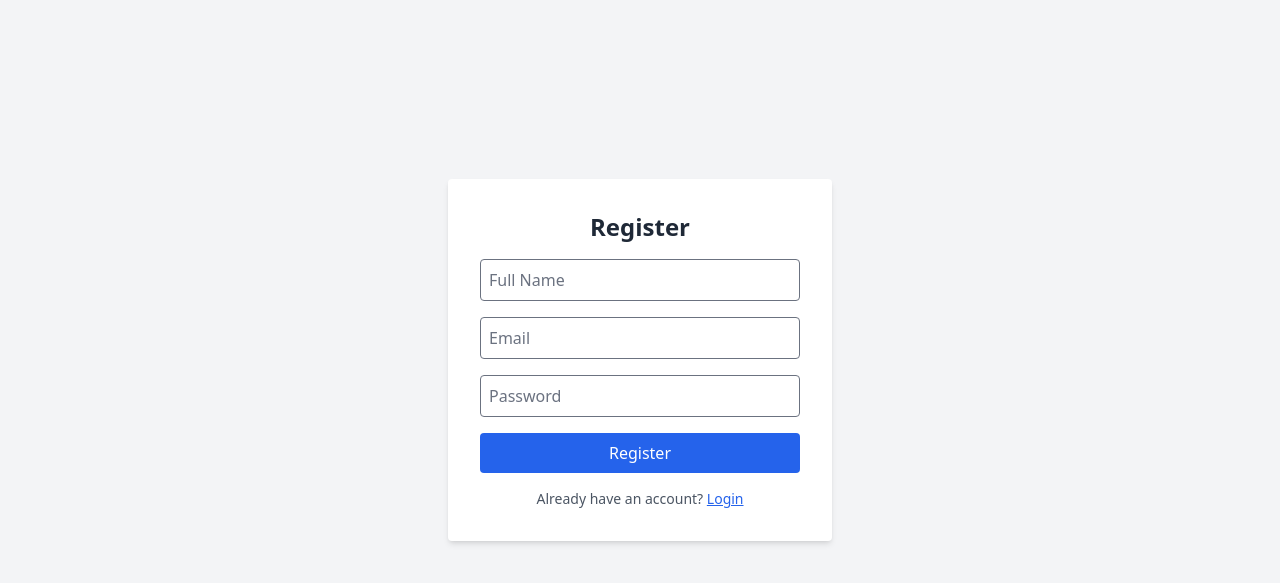
Repository: ruthvik-mt/Trackifi
Page: /register (app in frontend/)
An editor plug-in stored every save of this project. The page is shown before and after the next save, followed by the edit.
The browser window is 1280 px wide. The pictures show the whole page.
The project was rebuilt for these pictures with package versions that can differ from the ones it lists, and the page was loaded fresh each time. Also part of the build but not shown: frontend/vite.config.ts, frontend/src/hooks/useAuth.ts, frontend/src/pages/Auth/Login.tsx, frontend/src/components/Sidebar.tsx, frontend/src/components/Navbar.tsx, frontend/src/pages/Dashboard/Layout.tsx, frontend/src/pages/Dashboard/Dashboard.tsx, frontend/src/pages/Categories/CategoryForm.tsx and 21 more.

Above is the page before, as saved 2025-07-14 14:47:48.

### frontend/index.html
<!DOCTYPE html>
<html lang="en">
  <head>
    <meta charset="UTF-8" />
    <title>Finance Tracker</title>
  </head>
  <body>
    <div id="root"></div>
    <script type="module" src="/src/main.tsx"></script>
  </body>
</html>

### frontend/src/main.tsx
// import React from "react";
// import ReactDOM from "react-dom/client";
// import App from "./App";
// import "./tailwind.css";

// import { BrowserRouter as Router } from "react-router-dom";
// import { AuthProvider } from "./context/AuthProvider";

// ReactDOM.createRoot(document.getElementById("root")!).render(
//   <React.StrictMode>
//     <Router>
//       <AuthProvider>
//         <App />
//       </AuthProvider>
//     </Router>
//   </React.StrictMode>
// );

import React from "react";
import ReactDOM from "react-dom/client";
import App from "./App";
import "./tailwind.css";
import { AuthProvider } from "./context/AuthProvider";
import { BrowserRouter as Router } from "react-router-dom"; // ✅ Add this

ReactDOM.createRoot(document.getElementById("root")!).render(
  <React.StrictMode>
    <Router> {/* ✅ Wrap everything with Router */}
      <AuthProvider>
        <App />
      </AuthProvider>
    </Router>
  </React.StrictMode>
);

### frontend/src/App.tsx
import { Routes, Route, Navigate } from "react-router-dom";
import Login from "./pages/Auth/Login";
import Register from "./pages/Auth/Register";
import Dashboard from "./pages/Dashboard/Dashboard";
import CategoryList from "./pages/Categories/CategoryList";
import TransactionList from "./pages/Transactions/TransactionList";
import BudgetList from "./pages/Budgets/BudgetList";
import MonthlyTotal from "./pages/Insights/MonthlyTotal";
import CategoryBreakdown from "./pages/Insights/CategoryBreakdown";
import BudgetComparison from "./pages/Insights/BudgetComparison";
import ProtectedRoute from "./components/ProtectedRoute";
import LandingPage from "./pages/LandingPage"; // ✅ Add this import

export default function App() {
  return (
    <Routes>
      {/* Landing Page */}
      <Route path="/" element={<LandingPage />} /> {/* ✅ New route */}

      {/* Auth Routes */}
      <Route path="/login" element={<Login />} />
      <Route path="/register" element={<Register />} />

      {/* Protected Routes */}
      <Route
        path="/dashboard"
        element={
          <ProtectedRoute>
            <Dashboard />
          </ProtectedRoute>
        }
      />
      <Route
        path="/categories"
        element={
          <ProtectedRoute>
            <CategoryList />
          </ProtectedRoute>
        }
      />
      <Route
        path="/transactions"
        element={
          <ProtectedRoute>
            <TransactionList />
          </ProtectedRoute>
        }
      />
      <Route
        path="/budgets"
        element={
          <ProtectedRoute>
            <BudgetList />
          </ProtectedRoute>
        }
      />
      <Route
        path="/insights/monthly-total"
        element={
          <ProtectedRoute>
            <MonthlyTotal />
          </ProtectedRoute>
        }
      />
      <Route
        path="/insights/category-breakdown"
        element={
          <ProtectedRoute>
            <CategoryBreakdown />
          </ProtectedRoute>
        }
      />
      <Route
        path="/insights/budget-comparison"
        element={
          <ProtectedRoute>
            <BudgetComparison />
          </ProtectedRoute>
        }
      />

      {/* Fallback Route */}
      <Route path="*" element={<Navigate to="/" />} /> {/* ✅ Updated from "/login" to "/" */}
    </Routes>
  );
}

### frontend/src/tailwind.css
@tailwind base;
@tailwind components;
@tailwind utilities;

@layer base {
  :root {
    --background: 0 0% 100%;
    --foreground: 0 0% 3.9%;
    --card: 0 0% 100%;
    --card-foreground: 0 0% 3.9%;
    --popover: 0 0% 100%;
    --popover-foreground: 0 0% 3.9%;
    --primary: 0 0% 9%;
    --primary-foreground: 0 0% 98%;
    --secondary: 0 0% 96.1%;
    --secondary-foreground: 0 0% 9%;
    --muted: 0 0% 96.1%;
    --muted-foreground: 0 0% 45.1%;
    --accent: 0 0% 96.1%;
    --accent-foreground: 0 0% 9%;
    --destructive: 0 84.2% 60.2%;
    --destructive-foreground: 0 0% 98%;
    --border: 0 0% 89.8%;
    --input: 0 0% 89.8%;
    --ring: 0 0% 3.9%;
    --chart-1: 12 76% 61%;
    --chart-2: 173 58% 39%;
    --chart-3: 197 37% 24%;
    --chart-4: 43 74% 66%;
    --chart-5: 27 87% 67%;
    --radius: 0.5rem;
  }

  .dark {
    --background: 0 0% 3.9%;
    --foreground: 0 0% 98%;
    --card: 0 0% 3.9%;
    --card-foreground: 0 0% 98%;
    --popover: 0 0% 3.9%;
    --popover-foreground: 0 0% 98%;
    --primary: 0 0% 98%;
    --primary-foreground: 0 0% 9%;
    --secondary: 0 0% 14.9%;
    --secondary-foreground: 0 0% 98%;
    --muted: 0 0% 14.9%;
    --muted-foreground: 0 0% 63.9%;
    --accent: 0 0% 14.9%;
    --accent-foreground: 0 0% 98%;
    --destructive: 0 62.8% 30.6%;
    --destructive-foreground: 0 0% 98%;
    --border: 0 0% 14.9%;
    --input: 0 0% 14.9%;
    --ring: 0 0% 83.1%;
    --chart-1: 220 70% 50%;
    --chart-2: 160 60% 45%;
    --chart-3: 30 80% 55%;
    --chart-4: 280 65% 60%;
    --chart-5: 340 75% 55%;
  }
}

@layer base {
  * {
    @apply border-border;
  }

  html, body {
    @apply bg-background text-foreground antialiased;
    min-height: 100%;
  }
}

### frontend/src/context/AuthProvider.tsx
// import { ReactNode, useCallback, useEffect, useState } from "react";
// import { AuthContext } from "./AuthContext";
// import { User } from "@/types/Auth";
// import { getCurrentUser } from "@/api/user";
// import { useNavigate } from "react-router-dom";

// interface Props {
//   children: ReactNode;
// }

// export const AuthProvider = ({ children }: Props) => {
//   const [token, setToken] = useState<string | null>(() =>
//     localStorage.getItem("token")
//   );
//   const [user, setUser] = useState<User | null>(null);
//   const navigate = useNavigate();

//   const logout = useCallback(() => {
//     localStorage.removeItem("token");
//     setToken(null);
//     setUser(null);
//     navigate("/login");
//   }, [navigate]);

//   const fetchUser = useCallback(async () => {
//     try {
//       const userData = await getCurrentUser();
//       setUser(userData);
//     } catch (err) {
//       console.error("Failed to fetch user:", err);
//       logout();
//     }
//   }, [logout]);

//   const login = useCallback(
//     (newToken: string) => {
//       localStorage.setItem("token", newToken);
//       setToken(newToken);
//       fetchUser();
//     },
//     [fetchUser]
//   );

//   useEffect(() => {
//     if (token) {
//       fetchUser();
//     }
//   }, [token, fetchUser]);

//   return (
//     <AuthContext.Provider value={{ token, user, login, logout }}>
//       {children}
//     </AuthContext.Provider>
//   );
// };

import { useState, useEffect } from "react";
import { AuthContext } from "./AuthContext";
import axios from "../axios";

export const AuthProvider = ({ children }: { children: React.ReactNode }) => {
  const [token, setToken] = useState<string | null>(() => localStorage.getItem("token"));

  // Set Authorization header on load (if token exists)
  useEffect(() => {
    if (token) {
      axios.defaults.headers.common["Authorization"] = `Bearer ${token}`;
    }
  }, [token]);

  const login = async (email: string, password: string) => {
    const res = await axios.post("/api/auth/login", { email, password });
    const jwt = res.data.token;

    setToken(jwt);
    localStorage.setItem("token", jwt);
    axios.defaults.headers.common["Authorization"] = `Bearer ${jwt}`; // ✅ set globally
  };

  const logout = () => {
    setToken(null);
    localStorage.removeItem("token");
    delete axios.defaults.headers.common["Authorization"]; // ✅ remove on logout
  };

  return (
    <AuthContext.Provider value={{ token, login, logout }}>
      {children}
    </AuthContext.Provider>
  );
};

### frontend/src/pages/Auth/Register.tsx
import { useState } from "react";
import { useNavigate } from "react-router-dom";
import { isAxiosError } from "axios"; // ✅ just this
import api from "../../axios"; // ✅ your custom instance


export default function Register() {
  const [fullName, setFullName] = useState("");
  const [email, setEmail] = useState("");
  const [password, setPassword] = useState("");
  const [error, setError] = useState("");
  const navigate = useNavigate();

  const handleSubmit = async (e: React.FormEvent) => {
    e.preventDefault();
    setError("");

    if (password.length < 6) {
      setError("Password must be at least 6 characters long.");
      return;
    }

    try {
      await api.post("/api/auth/register", {
        fullName,
        email,
        password,
      });
      navigate("/login");
    } catch (err: unknown) {
      if (isAxiosError(err)) {
        setError(err.response?.data?.message || "Registration failed. Try again.");
      } else {
        setError("Something went wrong. Please try again.");
      }
    }
  };

  return (
    <div className="min-h-screen flex items-center justify-center bg-gray-100 dark:bg-gray-900">
      <form
        onSubmit={handleSubmit}
        className="bg-white dark:bg-gray-800 p-8 rounded shadow-md w-full max-w-sm space-y-4"
      >
        <h2 className="text-2xl font-bold text-center text-gray-800 dark:text-white">
          Register
        </h2>

        <input
          className="w-full p-2 border rounded dark:bg-gray-700 dark:text-white"
          placeholder="Full Name"
          value={fullName}
          onChange={(e) => setFullName(e.target.value)}
          type="text"
          required
        />

        <input
          className="w-full p-2 border rounded dark:bg-gray-700 dark:text-white"
          placeholder="Email"
          value={email}
          onChange={(e) => setEmail(e.target.value)}
          type="email"
          required
        />

        <input
          className="w-full p-2 border rounded dark:bg-gray-700 dark:text-white"
          placeholder="Password"
          value={password}
          onChange={(e) => setPassword(e.target.value)}
          type="password"
          required
        />

        {/* Password validation feedback */}
        {password.length > 0 && password.length < 6 && (
          <p className="text-yellow-600 text-sm">
            Password must be at least 6 characters
          </p>
        )}

        {error && <p className="text-red-500 text-sm">{error}</p>}

        <button
          className="w-full bg-blue-600 text-white py-2 rounded hover:bg-blue-700 transition"
          type="submit"
        >
          Register
        </button>

        <p className="text-sm text-center text-gray-600 dark:text-gray-300">
          Already have an account?{" "}
          <a href="/login" className="text-blue-600 underline">
            Login
          </a>
        </p>
      </form>
    </div>
  );
}

### frontend/src/context/AuthContext.tsx
// import { createContext } from "react";
// import { User } from "@/types/Auth";

// export interface AuthContextType {
//   token: string | null;
//   user: User | null;
//   login: (token: string) => void;
//   logout: () => void;
// }

// export const AuthContext = createContext<AuthContextType>({
//   token: null,
//   user: null,
//   login: () => {},
//   logout: () => {},
// });

// src/context/AuthContext.ts
import { createContext } from "react";

export interface AuthContextType {
  token: string | null;
  login: (email: string, password: string) => Promise<void>;
  logout: () => void;
}

export const AuthContext = createContext<AuthContextType>(
  {} as AuthContextType // ✅ Safe for use without null-checks
);

### frontend/src/axios.ts
// // src/axios.ts
// import axios from "axios";

// const axiosInstance = axios.create({
//   baseURL: "http://localhost:8080/api",
// });

// axiosInstance.interceptors.request.use((config) => {
//   const token = localStorage.getItem("token");
//   if (token && config.headers) {
//     config.headers.Authorization = `Bearer ${token}`;
//   }
//   return config;
// });

// export default axiosInstance;

// src/axios.ts
// src/axios.ts
import axios from "axios";

const instance = axios.create({
  baseURL: "", // <-- frontend sends /api/... and Vite handles the proxy
  headers: {
    "Content-Type": "application/json",
  },
});

instance.interceptors.request.use((config) => {
  const token = localStorage.getItem("token");
  if (token) {
    config.headers = config.headers || {};
    config.headers["Authorization"] = `Bearer ${token}`;
  }
  return config;
});

export default instance;

### frontend/tailwind.config.js
/** @type {import('tailwindcss').Config} */
module.exports = {
  darkMode: ["class"],

  content: [
    "./index.html",
    "./src/**/*.{js,ts,jsx,tsx}",
  ],

  theme: {
    container: {
      center: true,
      padding: "1rem",
      screens: {
        sm: "100%",
        md: "768px",
        lg: "1024px",
        xl: "1280px",
      },
    },

    extend: {
      borderRadius: {
        lg: 'var(--radius)',
        md: 'calc(var(--radius) - 2px)',
        sm: 'calc(var(--radius) - 4px)',
      },
      colors: {
        background: 'hsl(var(--background) / <alpha-value>)',
        foreground: 'hsl(var(--foreground) / <alpha-value>)',
        card: {
          DEFAULT: 'hsl(var(--card) / <alpha-value>)',
          foreground: 'hsl(var(--card-foreground) / <alpha-value>)'
        },
        popover: {
          DEFAULT: 'hsl(var(--popover) / <alpha-value>)',
          foreground: 'hsl(var(--popover-foreground) / <alpha-value>)'
        },
        primary: {
          DEFAULT: 'hsl(var(--primary) / <alpha-value>)',
          foreground: 'hsl(var(--primary-foreground) / <alpha-value>)'
        },
        secondary: {
          DEFAULT: 'hsl(var(--secondary) / <alpha-value>)',
          foreground: 'hsl(var(--secondary-foreground) / <alpha-value>)'
        },
        muted: {
          DEFAULT: 'hsl(var(--muted) / <alpha-value>)',
          foreground: 'hsl(var(--muted-foreground) / <alpha-value>)'
        },
        accent: {
          DEFAULT: 'hsl(var(--accent) / <alpha-value>)',
          foreground: 'hsl(var(--accent-foreground) / <alpha-value>)'
        },
        destructive: {
          DEFAULT: 'hsl(var(--destructive) / <alpha-value>)',
          foreground: 'hsl(var(--destructive-foreground) / <alpha-value>)'
        },
        border: 'hsl(var(--border) / <alpha-value>)',
        input: 'hsl(var(--input) / <alpha-value>)',
        ring: 'hsl(var(--ring) / <alpha-value>)',
        chart: {
          '1': 'hsl(var(--chart-1) / <alpha-value>)',
          '2': 'hsl(var(--chart-2) / <alpha-value>)',
          '3': 'hsl(var(--chart-3) / <alpha-value>)',
          '4': 'hsl(var(--chart-4) / <alpha-value>)',
          '5': 'hsl(var(--chart-5) / <alpha-value>)'
        }
      },
      screens: {
        xs: "480px",
        sm: "640px",
        md: "768px",
        lg: "1024px",
        xl: "1280px",
        "2xl": "1536px"
      }
    }
  },

  plugins: [
    require("tailwindcss-animate"),
    require("@tailwindcss/forms"),
    require("@tailwindcss/typography"),
  ],
};

After the next save:
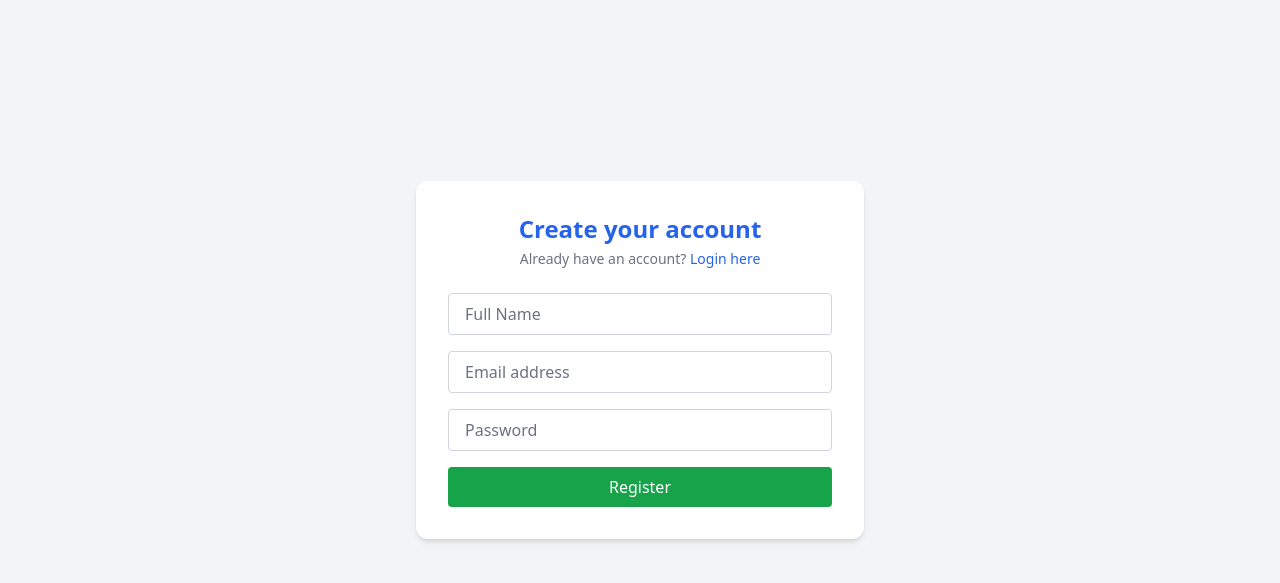
Saved 39 s later.
--- a/frontend/src/pages/Auth/Register.tsx
+++ b/frontend/src/pages/Auth/Register.tsx
@@ -1,8 +1,7 @@
+// src/pages/Auth/Register.tsx
 import { useState } from "react";
-import { useNavigate } from "react-router-dom";
-import { isAxiosError } from "axios"; // ✅ just this
-import api from "../../axios"; // ✅ your custom instance
-
+import { useNavigate, Link } from "react-router-dom";
+import axios from "../../axios";
 
 export default function Register() {
   const [fullName, setFullName] = useState("");
@@ -11,91 +10,72 @@ export default function Register() {
   const [error, setError] = useState("");
   const navigate = useNavigate();
 
+  const isStrongPassword = (pwd: string) =>
+    /^(?=.*[A-Z])(?=.*\d)(?=.*[@$!%*?&])[A-Za-z\d@$!%*?&]{8,}$/.test(pwd);
+
   const handleSubmit = async (e: React.FormEvent) => {
     e.preventDefault();
     setError("");
 
-    if (password.length < 6) {
-      setError("Password must be at least 6 characters long.");
+    if (!isStrongPassword(password)) {
+      setError("Password must be at least 8 characters with uppercase, number, and special character.");
       return;
     }
 
     try {
-      await api.post("/api/auth/register", {
-        fullName,
-        email,
-        password,
-      });
+      await axios.post("/api/auth/register", { fullName, email, password });
       navigate("/login");
-    } catch (err: unknown) {
-      if (isAxiosError(err)) {
-        setError(err.response?.data?.message || "Registration failed. Try again.");
-      } else {
-        setError("Something went wrong. Please try again.");
-      }
+    } catch (err) {
+      setError("Something went wrong. Please try again.");
     }
   };
 
   return (
-    <div className="min-h-screen flex items-center justify-center bg-gray-100 dark:bg-gray-900">
-      <form
-        onSubmit={handleSubmit}
-        className="bg-white dark:bg-gray-800 p-8 rounded shadow-md w-full max-w-sm space-y-4"
-      >
-        <h2 className="text-2xl font-bold text-center text-gray-800 dark:text-white">
-          Register
-        </h2>
+    <div className="min-h-screen flex items-center justify-center bg-gray-100 px-4">
+      <div className="w-full max-w-md bg-white rounded-xl shadow-md p-8">
+        <div className="mb-6 text-center">
+          <h1 className="text-2xl font-bold text-blue-600 mb-1">Create your account</h1>
+          <p className="text-sm text-gray-500">
+            Already have an account?{" "}
+            <Link to="/login" className="text-blue-600 hover:underline">Login here</Link>
+          </p>
+        </div>
 
-        <input
-          className="w-full p-2 border rounded dark:bg-gray-700 dark:text-white"
-          placeholder="Full Name"
-          value={fullName}
-          onChange={(e) => setFullName(e.target.value)}
-          type="text"
-          required
-        />
+        <form onSubmit={handleSubmit} className="space-y-4">
+          <input
+            className="w-full border border-gray-300 rounded px-4 py-2"
+            placeholder="Full Name"
+            value={fullName}
+            onChange={(e) => setFullName(e.target.value)}
+            required
+          />
+          <input
+            className="w-full border border-gray-300 rounded px-4 py-2"
+            placeholder="Email address"
+            type="email"
+            value={email}
+            onChange={(e) => setEmail(e.target.value)}
+            required
+          />
+          <input
+            className="w-full border border-gray-300 rounded px-4 py-2"
+            placeholder="Password"
+            type="password"
+            value={password}
+            onChange={(e) => setPassword(e.target.value)}
+            required
+          />
 
-        <input
-          className="w-full p-2 border rounded dark:bg-gray-700 dark:text-white"
-          placeholder="Email"
-          value={email}
-          onChange={(e) => setEmail(e.target.value)}
-          type="email"
-          required
-        />
+          {error && <p className="text-red-500 text-sm">{error}</p>}
 
-        <input
-          className="w-full p-2 border rounded dark:bg-gray-700 dark:text-white"
-          placeholder="Password"
-          value={password}
-          onChange={(e) => setPassword(e.target.value)}
-          type="password"
-          required
-        />
-
-        {/* Password validation feedback */}
-        {password.length > 0 && password.length < 6 && (
-          <p className="text-yellow-600 text-sm">
-            Password must be at least 6 characters
-          </p>
-        )}
-
-        {error && <p className="text-red-500 text-sm">{error}</p>}
-
-        <button
-          className="w-full bg-blue-600 text-white py-2 rounded hover:bg-blue-700 transition"
-          type="submit"
-        >
-          Register
-        </button>
-
-        <p className="text-sm text-center text-gray-600 dark:text-gray-300">
-          Already have an account?{" "}
-          <a href="/login" className="text-blue-600 underline">
-            Login
-          </a>
-        </p>
-      </form>
+          <button
+            type="submit"
+            className="w-full bg-green-600 text-white rounded py-2 hover:bg-green-700 transition"
+          >
+            Register
+          </button>
+        </form>
+      </div>
     </div>
   );
 }
